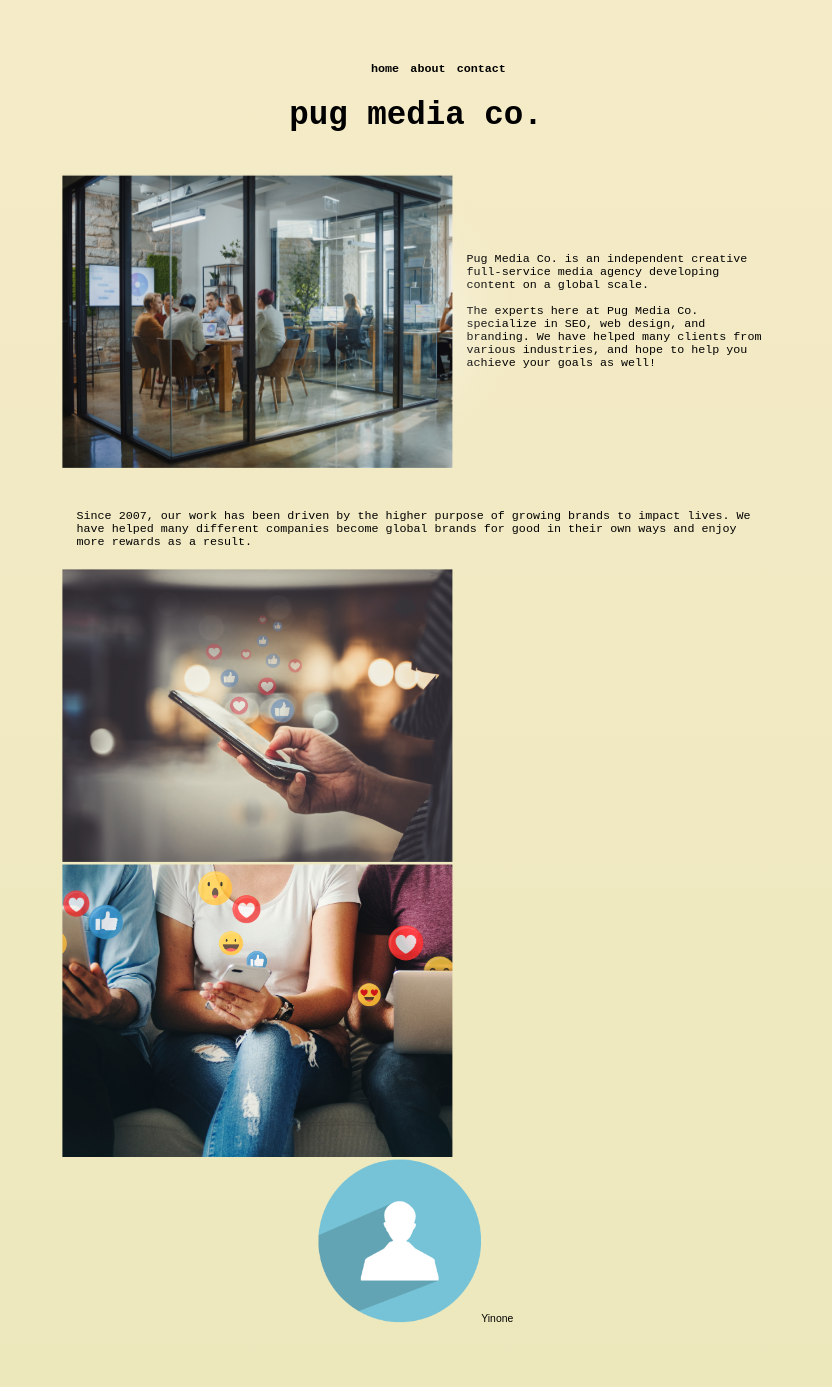
Repository: cheungglenda/MDIA2109-Week3
Page: /
These files come from the project's save history. The page is drawn as it stood at one moment and after the next save; the edit follows.
The browser window is 1280 px wide. The pictures show the whole page, at 65% of full size.
The project was rebuilt for these pictures with package versions that can differ from the ones it lists, and the page was loaded fresh each time. The framework's server and built-in components were replaced by stand-ins that run in the browser. Also part of the build but not shown: next.config.js.

Above is the page before, as saved 2023-01-20 23:28:17.

### pages/index.js
import Head from 'next/head'
import Image from 'next/image'
import { Inter } from '@next/font/google'
import styles from '@/styles/Home.module.css'
import homeData from '../data/education.json'
import { useState } from 'react'
import Card from '../components/Card'
import Link from 'next/link'

const inter = Inter({ subsets: ['latin'] })

export default function Home() {

  /** ([...data]) enters the data in the useState and is calling that info. the useState has all the data from the education.json file */
  const [information, setInformation] = useState([...homeData])
  console.log(homeData);

  return (
    <>
      <Head>
        <title>Pug Media Co.</title>
        <meta name="description" content="Full-service digital marketing agency" />
        <meta name="viewport" content="width=device-width, initial-scale=1" />
        <link rel="icon" href="/favicon.ico" />
      </Head>
      <main className={styles.main}>
        <div className={styles.buttons}>
      <Link href="/" className={styles.links}>Home</Link>
      <Link href="../about" className={styles.links}>About</Link>
      <Link href="/" className={styles.links}>Contact</Link>
        </div>

        <div className={styles.meetTitle}>Pug Media Co.</div>
        <div className={styles.center}>
          <Image
            className={styles.logo}
            src="/office.jpeg"
            width={600}
            height={450}
          />
          <div className={styles.homeDesc}>
            Pug Media Co. is an independent creative full-service media agency developing content on a global scale. <br></br><br></br>The experts here at Pug Media Co. specialize in SEO, web design, and branding. We have helped many clients from various industries, and hope to help you achieve your goals as well!
          </div>
        </div>
        <div className={styles.bottom}>
        <div className={styles.homeDesc}>
        Since 2007, our work has been driven by the higher purpose of growing brands to impact lives. We have helped many different companies become global brands for good in their own ways and enjoy more rewards as a result.<br></br>
          </div>
        <Image
            className={styles.social}
            src="/media.jpeg"
            width={600}
            height={450}
          />
                <Image
            className={styles.social}
            src="/media2.jpeg"
            width={600}
            height={450}
          />
        </div>
        <div className={styles.profiles}>
            {information && information.map((info, index) => {
              if(info.department === "Business") {
                return (
                  <Card key={index}
                    image={info.image}
                    firstname={info.firstName}
                    department={info.department}
                  />
                )
              }
            })}
          </div>
      </main>
    </>
  )
}

/** .toLowerCase() is input when you don't want to worry about case sensitivity */

### styles/Home.module.css
.main {
  display: flex;
  flex-direction: column;
  justify-content: space-between;
  align-items: center;
  padding: 6rem;
  font-family:arial;
  min-height: 100vh;
  background-image: linear-gradient(rgb(245, 235, 200), rgb(236, 232, 188));

}

.buttons {
  display: flex;
  flex-direction:row;
  justify-content: space-evenly;
  margin-bottom:3%;
}

.links:hover {
  text-decoration:underline;
}

.links {
  font-size: 18px;
  max-width: var(--max-width);
  width: 100%;
  font-weight:900;
  font-family: 'Courier New', Courier, monospace;
  text-transform:lowercase;
  padding-left:10%;
}

.description {
  display: inherit;
  justify-content: inherit;
  align-items: inherit;
  font-size: 15px;
  max-width: var(--max-width);
  width: 100%;
  font-family: var(--font-mono);
}

.social {
  justify-content:inherit;
  object-fit:cover;
  margin-right:2%;
}

.homeDesc {
  font-size: 18px;
  font-family:'Courier New', Courier, monospace;
  margin-left:2%;
  margin-bottom:3%;
}

.description a {
  display: flex;
  justify-content: center;
  align-items: center;
  gap: 0.5rem;
}

.description p {
  position: relative;
  margin: 0;
  padding: 1rem;
  background-color: rgba(var(--callout-rgb), 0.5);
  border: 1px solid rgba(var(--callout-border-rgb), 0.3);
  border-radius: var(--border-radius);
}

.code {
  font-weight: 700;
  font-family: var(--font-mono);
}

.meetTitle {
  font-size: 50px;
  font-weight:700;
  text-transform:lowercase;
  font-family:'Courier New', Courier, monospace;
  text-align:center;
}

.grid {
  display: flex;
  justify-content:center;
  width: var(--max-width);
  max-width: 100%;
  align-items:center;
  flex: 1;
}

.card {
  padding: 1rem 1.2rem;
  border-radius: var(--border-radius);
  background: rgba(var(--card-rgb), 0);
  border: 1px solid rgba(var(--card-border-rgb), 0);
  transition: background 200ms, border 200ms;
}

.card span {
  display: inline-block;
  transition: transform 200ms;
}

.info {
  font-family:'Courier New', Courier, monospace;
}

.card h2 {
  font-weight: 600;
  margin-bottom: 0.7rem;
}

.card p {
  margin: 0;
  opacity: 0.6;
  font-size: 0.9rem;
  line-height: 1.5;
  max-width: 30ch;
}


.employees {
  display:flex;
  gap:20px;
  width: 80%;
  text-align:center;
  font-family:'Courier New', Courier, monospace;
}

.titleDesc {
  font-size:16px;
  margin-bottom:3%;
}

.center {
  display: flex;
  justify-content: center;
  align-items: center;
  position: relative;
  padding: 4rem 0;
}

.center::before {
  background: var(--secondary-glow);
  border-radius: 50%;
  width: 480px;
  height: 360px;
  margin-left: -400px;
}

.center::after {
  background: var(--primary-glow);
  width: 240px;
  height: 180px;
  z-index: -1;
}

.center::before,
.center::after {
  content: '';
  left: 50%;
  position: absolute;
  filter: blur(45px);
  transform: translateZ(0);
}

.logo,
.thirteen {
  position: relative;
  object-fit:cover;
}

.thirteen {
  display: flex;
  justify-content: center;
  align-items: center;
  width: 75px;
  height: 75px;
  padding: 25px 10px;
  margin-left: 16px;
  transform: translateZ(0);
  border-radius: var(--border-radius);
  overflow: hidden;
  box-shadow: 0px 2px 8px -1px #0000001a;
}

.thirteen::before,
.thirteen::after {
  content: '';
  position: absolute;
  z-index: -1;
}

/* Conic Gradient Animation */
.thirteen::before {
  animation: 6s rotate linear infinite;
  width: 200%;
  height: 200%;
  background: var(--tile-border);
}

/* Inner Square */
.thirteen::after {
  inset: 0;
  padding: 1px;
  border-radius: var(--border-radius);
  background: linear-gradient(
    to bottom right,
    rgba(var(--tile-start-rgb), 1),
    rgba(var(--tile-end-rgb), 1)
  );
  background-clip: content-box;
}

/* Enable hover only on non-touch devices */
@media (hover: hover) and (pointer: fine) {
  .card:hover {
    background: rgba(var(--card-rgb), 0.1);
    border: 1px solid rgba(var(--card-border-rgb), 0.15);
  }

  .card:hover span {
    transform: translateX(4px);
  }
}

@media (prefers-reduced-motion) {
  .thirteen::before {
    animation: none;
  }

  .card:hover span {
    transform: none;
  }
}

/* Mobile */
@media (max-width: 700px) {
  .content {
    padding: 4rem;
  }

  .grid {
    grid-template-columns: 1fr;
    margin-bottom: 120px;
    max-width: 320px;
    text-align: center;
  }

  .card {
    padding: 1rem 2.5rem;
  }

  .card h2 {
    margin-bottom: 0.5rem;
  }

  .center {
    padding: 8rem 0 6rem;
  }

  .center::before {
    transform: none;
    height: 300px;
  }

  .description {
    font-size: 0.8rem;
  }

  .description a {
    padding: 1rem;
  }

  .description p,
  .description div {
    display: flex;
    justify-content: center;
    position: fixed;
    width: 100%;
  }

  .description p {
    align-items: center;
    inset: 0 0 auto;
    padding: 2rem 1rem 1.4rem;
    border-radius: 0;
    border: none;
    border-bottom: 1px solid rgba(var(--callout-border-rgb), 0.25);
    background: linear-gradient(
      to bottom,
      rgba(var(--background-start-rgb), 1),
      rgba(var(--callout-rgb), 0.5)
    );
    background-clip: padding-box;
    backdrop-filter: blur(24px);
  }

  .description div {
    align-items: flex-end;
    pointer-events: none;
    inset: auto 0 0;
    padding: 2rem;
    height: 200px;
    background: linear-gradient(
      to bottom,
      transparent 0%,
      rgb(var(--background-end-rgb)) 40%
    );
    z-index: 1;
  }
}

/* Tablet and Smaller Desktop */
@media (min-width: 701px) and (max-width: 1120px) {
  .grid {
    grid-template-columns: repeat(2, 50%);
  }
}

@media (prefers-color-scheme: dark) {

  .main {
    background-image: linear-gradient(rgb(51, 65, 14), rgb(169, 169, 110));
  }

  .vercelLogo {
    filter: invert(1);
  }

  .meetTitle {
    color:white;
  }

  .titleDesc {
    color:white;
  }

  .links {
    color: white;
  }

  .employees {
    color: black;
  }
}

@keyframes rotate {
  from {
    transform: rotate(360deg);
  }
  to {
    transform: rotate(0deg);
  }
}

### data/education.json
[
        {
            "firstName": "Yi",
            "lastName": "Li",
            "department": "Business",
            "jobTitle": "Co-Founder"
        },
        {
            "firstName": "Jennifer",
            "lastName": "Smith",
            "department": "HR",
            "degree": "Accounting",
            "graduted": 2010
        }
]

### components/Card/index.js
export default function Card({
    firstname = "none",
    lastname = "none",
    department = "none",
    jobtitle = "none",
    yearsworked = 0,
    description = "none",
    contact = "none",
    color = "pink",
    font = "O",
    image = "icon/person.png"
}) {
    return (
        <div>
            <img src={image} width="250"></img>
            {firstname}
            {lastname}
        </div>
    )
}

Loaded but not shown: pages/_app.js (common file); pages/_document.js (common file); pages/api/hello.js (common file); styles/globals.css (common file)

After the next save:
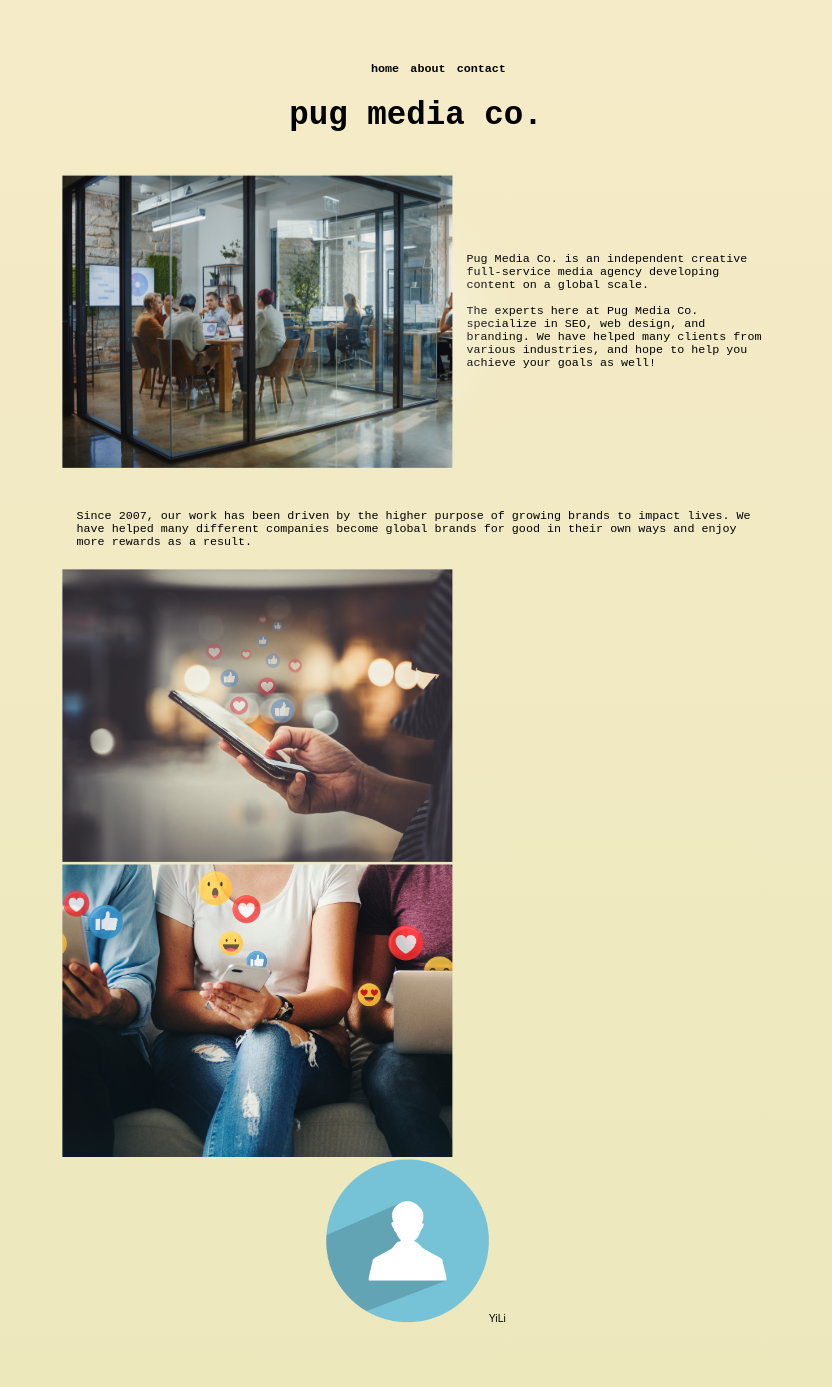
Saved 17 s later.
--- a/pages/index.js
+++ b/pages/index.js
@@ -66,6 +66,7 @@ export default function Home() {
                   <Card key={index}
                     image={info.image}
                     firstname={info.firstName}
+                    lastname={info.lastName}
                     department={info.department}
                   />
                 )
